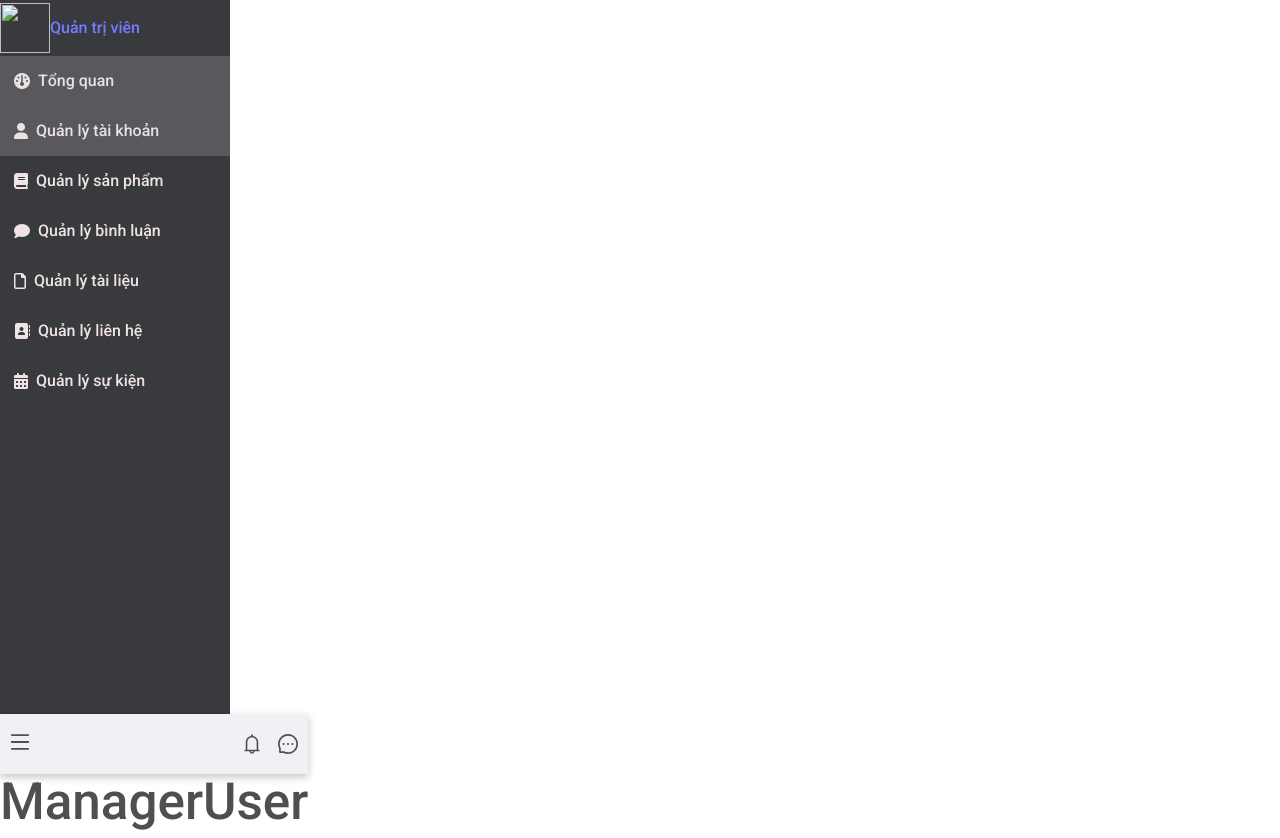
Repository: TinhTT336/MD02_Session10
Page: /admin/manager-user
These files come from the project's save history. The page is drawn as it stood at one moment and after the next save; the edit follows.
The browser window is 1280 px wide. The pictures show the whole page.
Some web libraries are served in a nearby version. The project was rebuilt for these pictures with package versions that can differ from the ones it lists, and the page was loaded fresh each time. Also part of the build but not shown: vite.config.js, src/layouts/Navbar.jsx, src/layouts/Footer.jsx, src/components/base/button/button.css, src/components/base/button/Button.jsx, src/pages/Home.jsx, src/common/formatMoney.js, src/actions/cartActions.js and 11 more.

Above is the page before, as saved 2023-09-08 16:57:50.

After the next save:
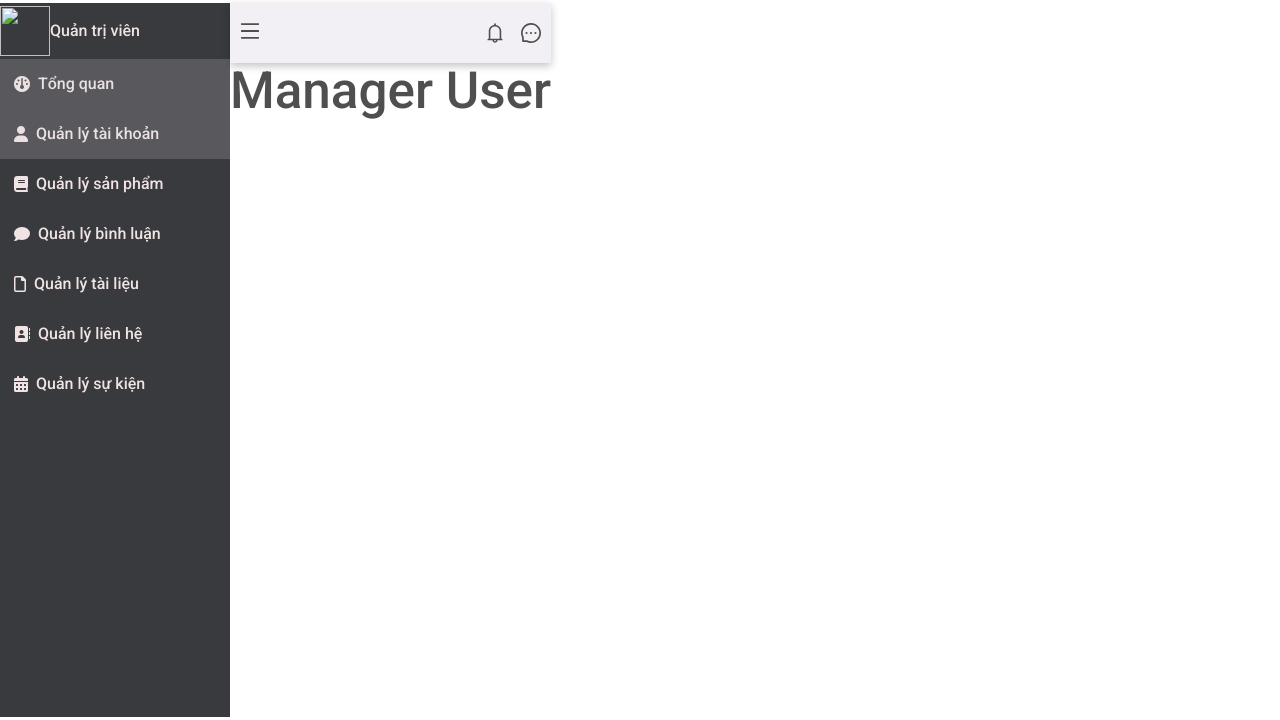
Saved 14 s later.
--- a/src/pages/private/ManagerUser.jsx
+++ b/src/pages/private/ManagerUser.jsx
@@ -5,9 +5,13 @@ import Header from "../../layouts/admin/header/Header";
 export default function ManagerUser() {
     return (
         <>
-            <Sidebar />
-            <Header />
-            <h1>ManagerUser</h1>
+            <div className="d-flex">
+                <Sidebar />
+                <div className="d-flex flex-column" style={{ flex: 1 }}>
+                    <Header />
+                    <h1>Manager User</h1>
+                </div>
+            </div>
         </>
     )
 }
